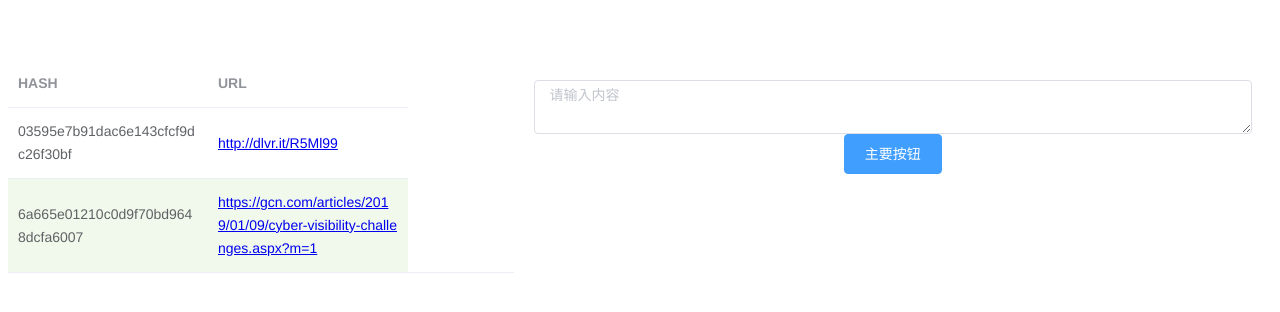
Repository: NicoleGX/TI
Page: /
These files come from the project's save history. The page is drawn as it stood at one moment and after the next save; the edit follows.
The browser window is 1280 px wide. The pictures show the whole page.
The project was rebuilt for these pictures with package versions that can differ from the ones it lists, and the page was loaded fresh each time.

Above is the page before, as saved 2019-05-28 19:57:46.

### index.html
<!DOCTYPE html>
<html>
  <head>
    <meta charset="utf-8">
    <meta name="viewport" content="width=device-width,initial-scale=1.0">
    <title>cyberti</title>
  </head>
  <body>
    <div id="app"></div>
    <!-- built files will be auto injected -->
  </body>
</html>

### src/main.js
// The Vue build version to load with the `import` command
// (runtime-only or standalone) has been set in webpack.base.conf with an alias.
import Vue from 'vue'
import App from './App'
import router from './router'

import ElementUI from 'element-ui'
import 'element-ui/lib/theme-chalk/index.css';

Vue.use(ElementUI)

Vue.config.productionTip = false

/* eslint-disable no-new */
new Vue({
  el: '#app',
  router,
  components: { App },
  template: '<App/>'
})

### src/router/index.js
import Vue from 'vue'
import Router from 'vue-router'
import TextClassification from '@/views/TextClassification'

Vue.use(Router)

export default new Router({
  routes: [
    {
      path: '/',
      name: 'TextClassification',
      component: TextClassification
    }
  ]
})

### src/views/TextClassification.vue
<template>
  <el-container>
    <el-aside style="width: 40%">
      <el-table
        :data="tableData"
        style="width: 100%"
        :row-class-name="tableRowClassName">
        <el-table-column
          prop="hash"
          label="HASH"
          width="200">
        </el-table-column>
        <el-table-column
          prop="url"
          label="URL"
          width="200">
          <template slot-scope="scope">
            <a :href=scope.row.url
              target="_black"
              class="buttonText">{{scope.row.url}}</a>
          </template>
        </el-table-column>
      </el-table>
    </el-aside>
    <el-main style="width: 60%">
      <el-input
        type="textarea"
        :autosize="{ minRows: 2, maxRows: 4}"
        placeholder="请输入内容"
        v-model="textarea2">
      </el-input>
      <el-button type="primary" style="text-align: right;">主要按钮</el-button>
    </el-main>
  </el-container>
</template>

<script>
export default {
  name: 'textclassfication',
  methods: {
    tableRowClassName({row, rowIndex}) {
      if (row['edit'] == 0) {
        return 'warning-row';
      } else if (row['edit'] == 1) {
        return 'success-row';
      }
      return '';
    }
  },
  data() {
    return {
      tableData: [{
        hash: '03595e7b91dac6e143cfcf9dc26f30bf',
        url: 'http://dlvr.it/R5Ml99',
        edit: 0
      }, {
        hash: '6a665e01210c0d9f70bd9648dcfa6007',
        url: 'https://gcn.com/articles/2019/01/09/cyber-visibility-challenges.aspx?m=1',
        edit: 1
      }],
      textarea2: ''
    }
  }
}
</script>

<style>
.el-table {
  width: 100%!important;
}
.el-table .warning-row {
  background: #fff;
}

.el-table .success-row {
  background: #f0f9eb;
}
</style>

Loaded but not shown: src/App.vue (common file)

After the next save:
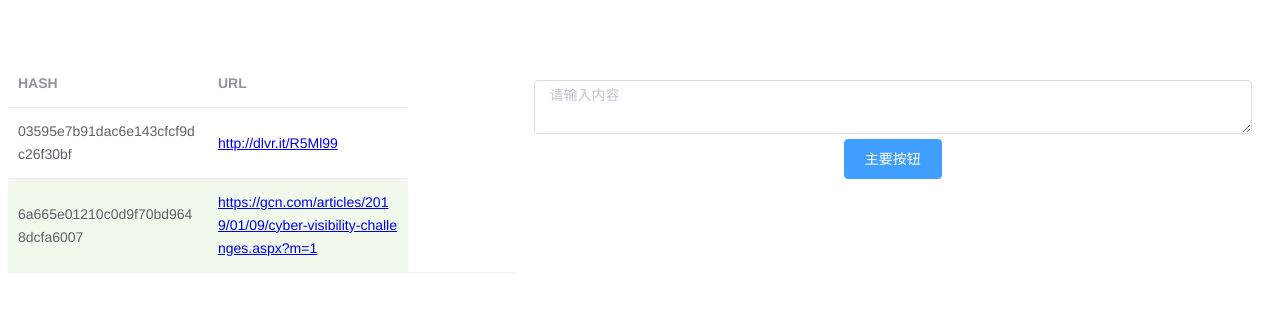
Saved 52 s later.
--- a/src/views/TextClassification.vue
+++ b/src/views/TextClassification.vue
@@ -29,7 +29,7 @@
         placeholder="请输入内容"
         v-model="textarea2">
       </el-input>
-      <el-button type="primary" style="text-align: right;">主要按钮</el-button>
+      <el-button type="primary" style="margin: 5px 0;">主要按钮</el-button>
     </el-main>
   </el-container>
 </template>
